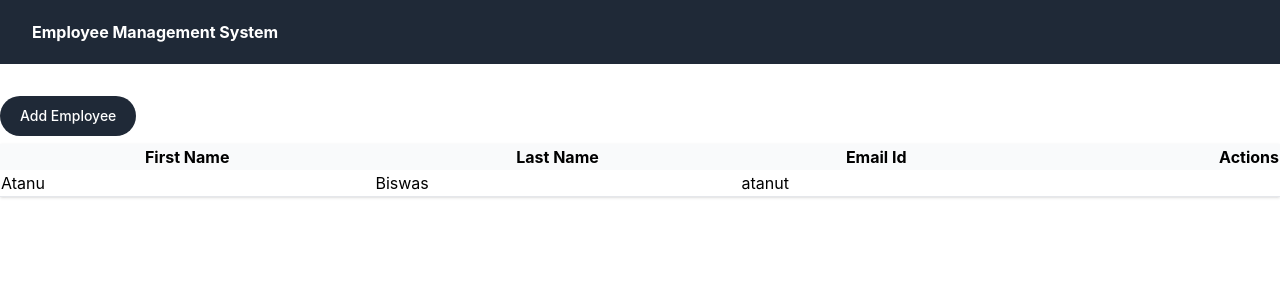
Repository: Atanu484/Full-Stack-Employee-Management-System
Page: / (app in employee-system-frontend/)
The author's editor kept a copy of each file at every save. The page is drawn from the files as they stood at one save, then again after the next save.
The browser window is 1280 px wide. The pictures show the whole page.
The project was rebuilt for these pictures with package versions that can differ from the ones it lists, and the page was loaded fresh each time. Also part of the build but not shown: employee-system-frontend/src/App.css, employee-system-frontend/src/services/EmployeeService.js, employee-system-frontend/src/components/AddEmployee.js.

Above is the page before, as saved 2022-08-15 05:01:02.

After the next save:
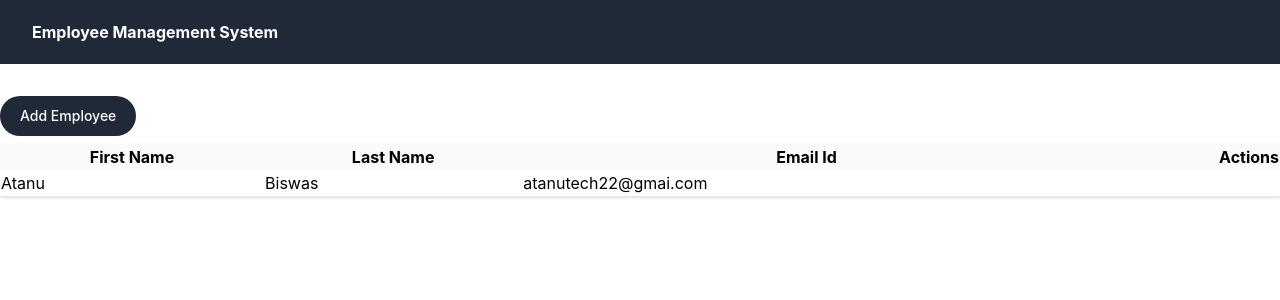
Saved 7 s later.
--- a/employee-system-frontend/src/components/EmployeeList.js
+++ b/employee-system-frontend/src/components/EmployeeList.js
@@ -20,7 +20,7 @@ const EmployeeList = () => {
                         <tr>
                             <td>Atanu</td>
                             <td>Biswas</td>
-                            <td>atanut</td>
+                            <td>atanutech22@gmai.com</td>
                             <td>  </td>
                         </tr>
                     </tbody>
